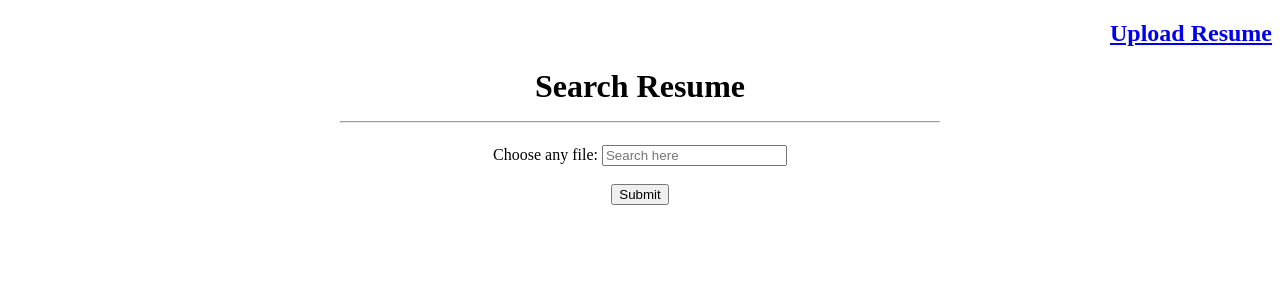
Repository: prashantsuman07/Manthan-ELF-16-OCT-19-Prashant-Suman
Page: http://localhost/Resume_Finder_Java_Application/JSP/SearchResume.jsp
The author's editor kept a copy of each file at every save. The page is drawn from the files as they stood at one save, then again after the next save.
The browser window is 1280 px wide. The pictures show the whole page.
The page is served by Tomcat 9.

Above is the page before, as saved 2019-12-02 12:38:57.

After the next save:
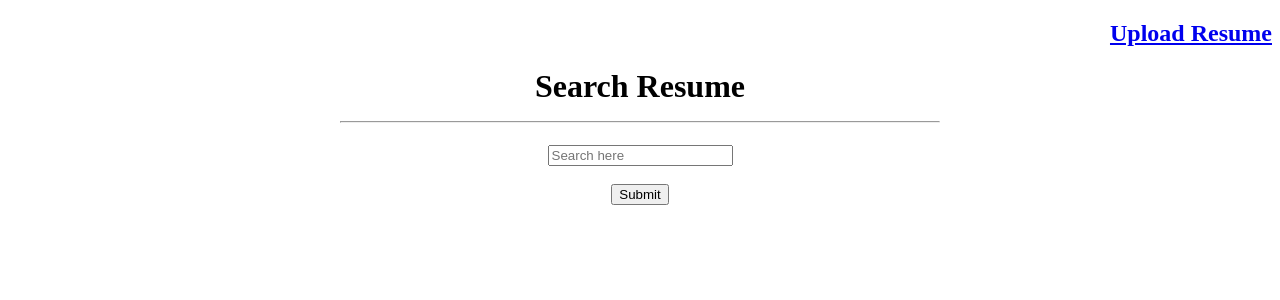
Saved 16 h 4 min later.
--- a/assignments/Resume_Finder_Java_Application/Resume_Finder_Java_Application/WebContent/JSP/SearchResume.jsp
+++ b/assignments/Resume_Finder_Java_Application/Resume_Finder_Java_Application/WebContent/JSP/SearchResume.jsp
@@ -16,9 +16,9 @@ margin:auto;
 <body>
 <a href="#"><h2 align="right">Upload Resume</h2></a>
 <div class="Upload" >
-<h1 align="Center">Search Resume<hr></h1>
+<h1 align="Center" >Search Resume<hr></h1>
 <form action="" method="get" align="center">
-<label>Choose any file:</label>
+
 <input type="text" value="" placeholder="Search here" name="search"/><br><br>
 <input type="submit" name="Search Resume">
 </form>
